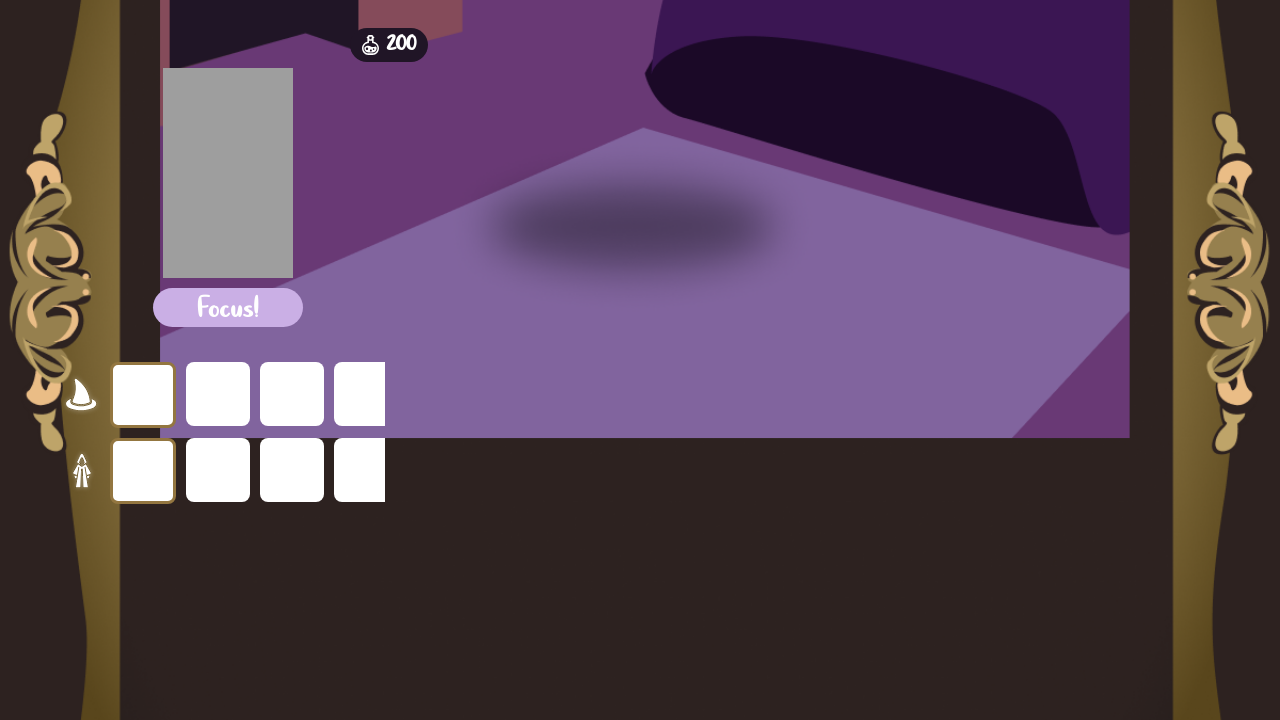
Repository: zhangolivia7/Little-Witch-Alcove
Page: popup.html
The author's editor kept a copy of each file at every save. The page is drawn from the files as they stood at one save, then again after the next save.
The browser window is 1280 px wide. The pictures show the whole page.
Pictures or frames that could not be fetched are drawn as grey boxes.

Above is the page before, as saved 2025-11-15 17:12:35.

After the next save:
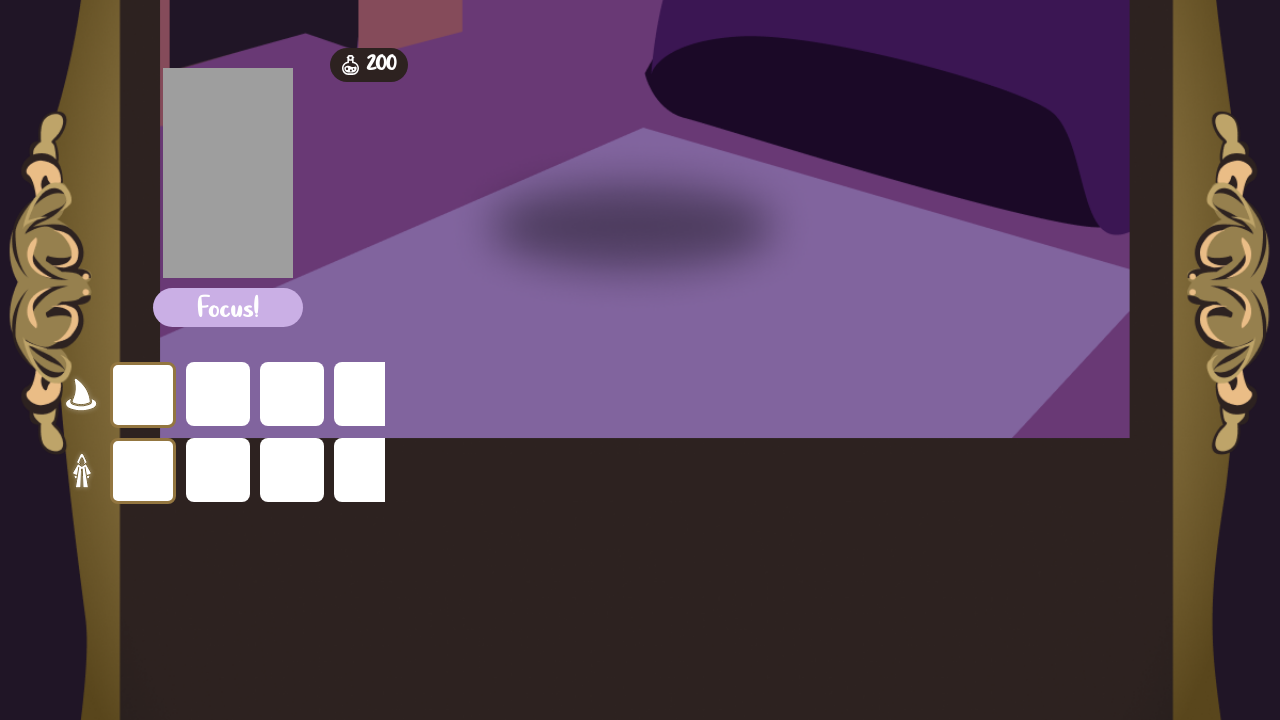
Saved 23 s later.
--- a/popup.css
+++ b/popup.css
@@ -10,7 +10,7 @@ body {
     background-repeat: no-repeat;
     background-position: center center;
     background-size: cover;
-    background-color: #2D2220;
+    background-color: #201526;
     padding: 20px;
     font-family: 'QuiteMagical';
     position: relative;
@@ -18,12 +18,12 @@ body {
 
   #potion-currency {
     position: absolute;
-    top: 20px;
-    right: 20px;
+    top: 40px;
+    right: 40px;
     display: flex;
     align-items: center;
     gap: 8px;
-    background: #201526;
+    background: #2D2220;
     border-radius: 20px;
     padding: 6px 12px;
     z-index: 10;
